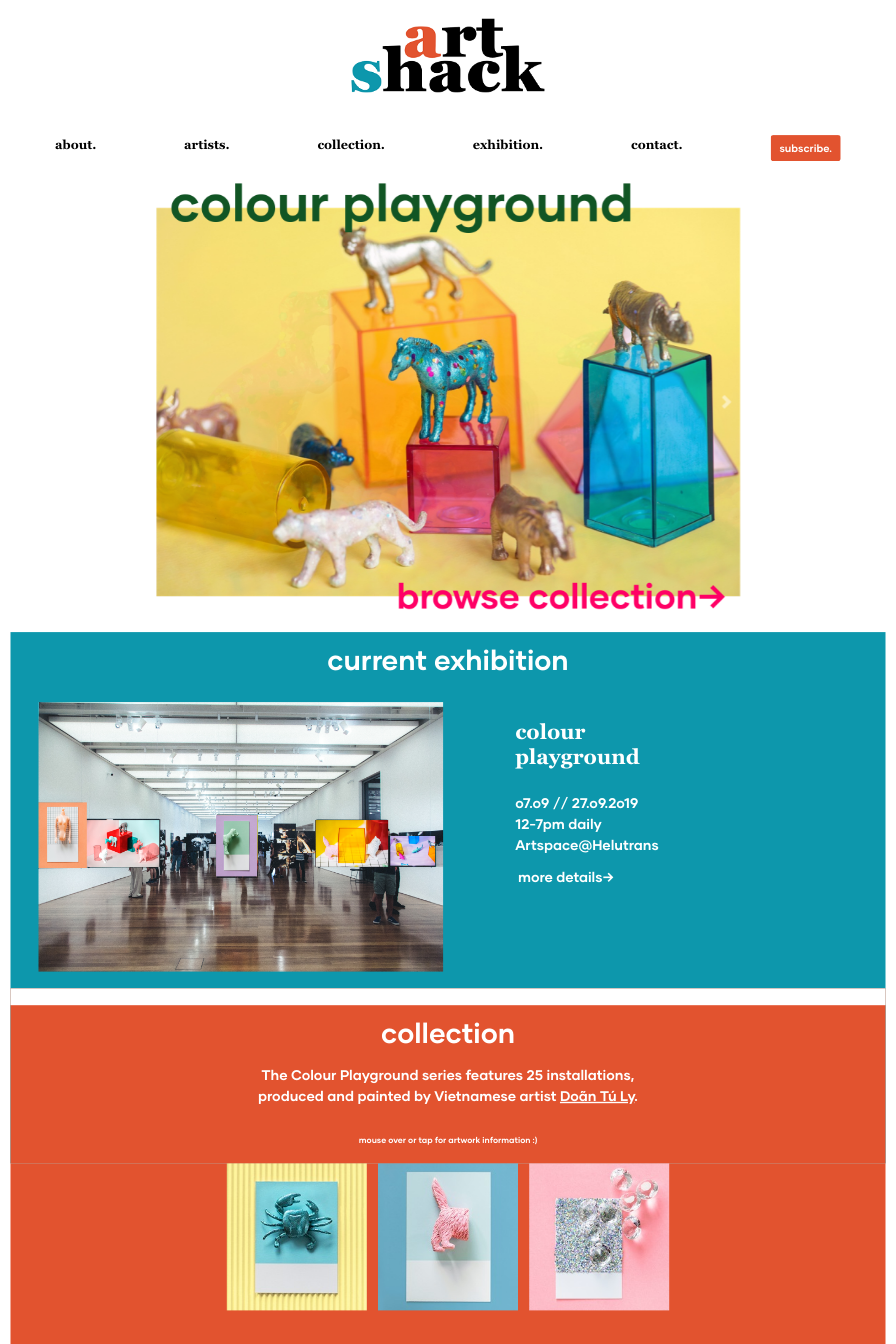
Repository: lynette-lyf/artshack
Page: index.html
The author's editor kept a record of every edit. The page is drawn from the files as they stood at one moment, then again after the next edit.
The browser window is 1280 px wide. The pictures show the part of the page from y = 0 to 1920 px (the page is 2753 px tall), at 70% of full size.

Above is the page before.

After the next edit:
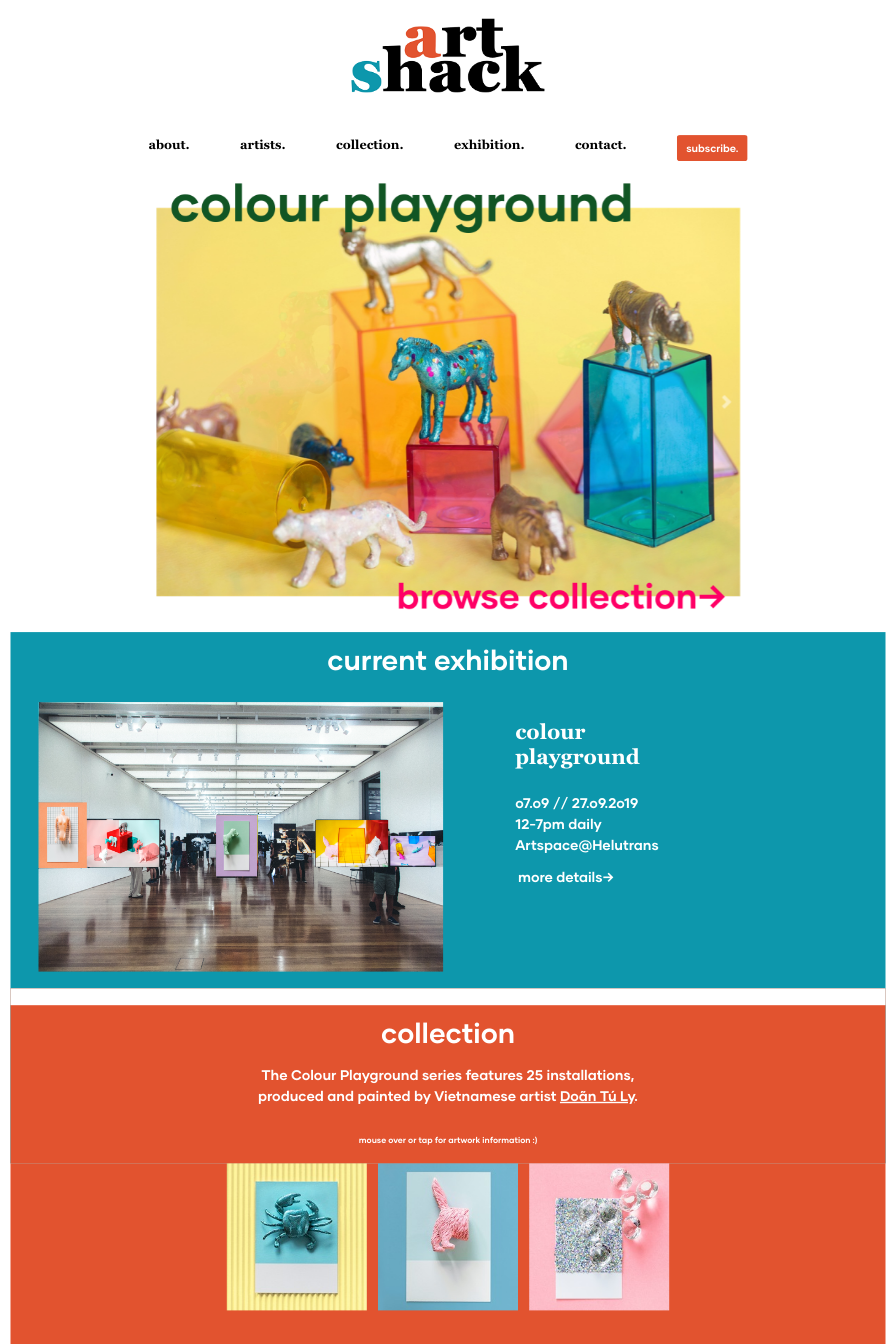
The edit:
--- a/index.html
+++ b/index.html
@@ -291,7 +291,7 @@
 
   <div class="container-fluid pl-0 pr-0">
     <!--NAVBAR-->
-    <nav class="navbar navbar-expand-lg navbar-light bg-nobg d-block mx-auto">
+    <nav class="navbar navbar-expand-lg navbar-light bg-nobg d-block w-75 mx-auto">
       <a class="navbar-brand" href="#"></a>
       <button class="navbar-toggler" style="border:none;" type="button" data-toggle="collapse" data-target="#navbarNav" aria-controls="navbarNav" aria-expanded="false" aria-label="Toggle navigation">
     <span class="navbar-toggler-icon"></span>
